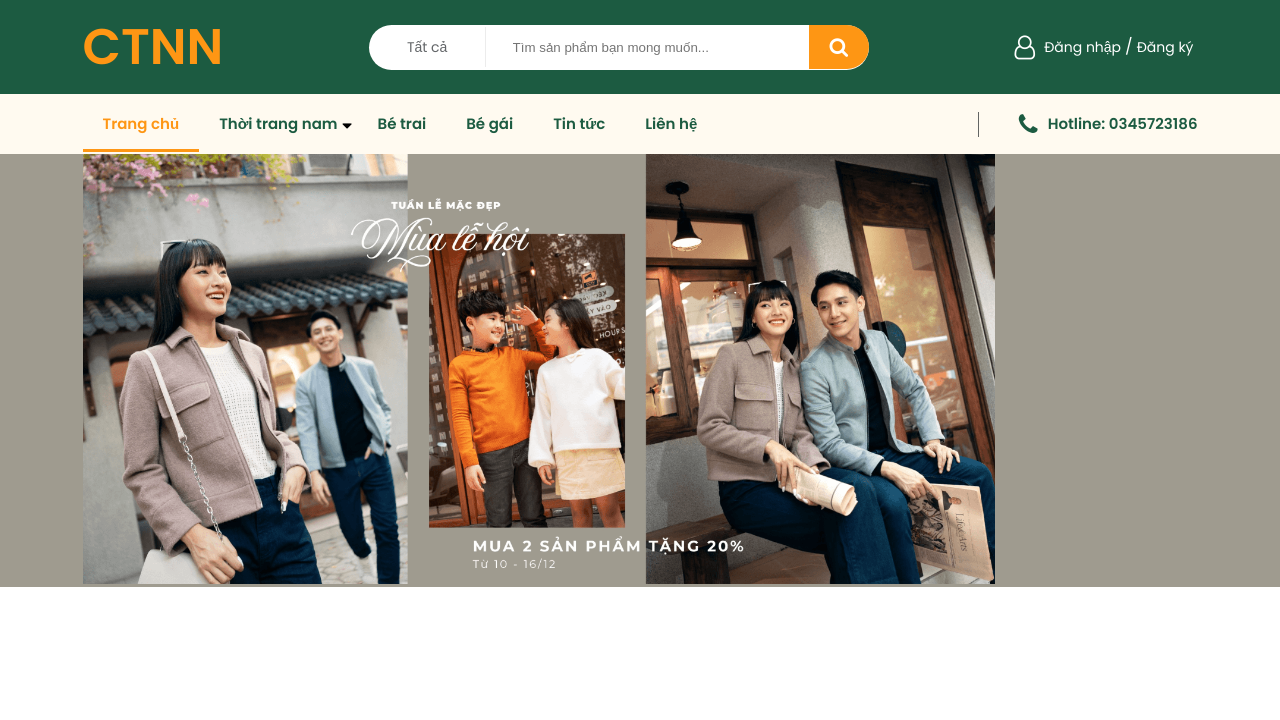
Repository: cuongchua2k2/BaiTapLon-web
Page: index.html
An editor plug-in stored every save of this project. The page is shown before and after the next save, followed by the edit.
The browser window is 1280 px wide. The pictures show the whole page.

Above is the page before, as saved 2023-12-06 17:34:42.

### index.html
<!DOCTYPE html>
<html lang="en">
  <head>
    <meta charset="UTF-8" />
    <meta name="viewport" content="width=device-width, initial-scale=1.0" />
    <!-- reset css -->
    <link rel="stylesheet" href="./assets/css/reset.css" />
    <!-- style css -->
    <link rel="stylesheet" href="./assets/css/style.css" />
    <!-- icon -->
    <link
      rel="stylesheet"
      href="https://cdnjs.cloudflare.com/ajax/libs/font-awesome/4.7.0/css/font-awesome.min.css"
    />
    <!-- font  -->
    <link rel="stylesheet" href="./assets/font/stylesheet.css" />
    <title>Bài tập lớn - shop bán quần áo</title>
  </head>
  <body>
    <!-- header -->
    <header>
      <div id="header">
        <div class="content">
          <!-- header-nav -->
          <div class="nav">
            <div class="nav__logo">
              <a href="/"><span class="logo__content">CTNN</span></a>
            </div>
            <!-- search -->
            <div class="nav__search">
              <p class="nav__desc">Tất cả</p>
              <input
                type="text"
                class="nav__txtsearch"
                placeholder="Tìm sản phẩm bạn mong muốn..."
              />
              <button class="nav__btn--search">
                <i class="fa fa-search" style="font-size: 20px"></i>
              </button>
            </div>
            <!-- login -->
            <div class="login">
              <i
                class="fa fa-user-o"
                style="font-size: 24px; color: #fff; margin-right: 5px"
              ></i>
              <a href="#!" class="btn btn-login">Đăng nhập</a>
              <span style="color: #fff">/</span>
              <a href="#!" class="btn btn-create">Đăng ký</a>
            </div>
          </div>
        </div>
      </div>
      <!-- navbar -->
      <div class="navbar">
        <div class="content navbar__content">
          <ul class="navbar__lv1">
            <li>
              <a href="/" class="active lv1__item">Trang chủ</a>
            </li>
            <li class="lv2">
              <a href="#!" class="lv1__item">Thời trang nam</a>
              <i class="fa fa-sort-desc arrow"></i>
              <ul class="navbar__lv2">
                <li>
                  <a href="#!" class="lv1__item">Sơ mi nam</a>
                </li>
                <li>
                  <a href="#!" class="lv1__item">Quần âu nam</a>
                </li>
                <li>
                  <a href="#!" class="lv1__item">Quần short nam</a>
                </li>
              </ul>
            </li>
            <li>
              <a href="#!" class="lv1__item">Bé trai</a>
            </li>
            <li>
              <a href="#!" class="lv1__item">Bé gái</a>
            </li>
            <li>
              <a href="#!" class="lv1__item">Tin tức</a>
            </li>
            <li>
              <a href="#!" class="lv1__item">Liên hệ</a>
            </li>
          </ul>
          <div class="horizontal"></div>
          <a href="tel:0345723186" class="hotline">
            <i class="fa fa-phone" style="font-size: 24px; color: #1c5b41"></i>
            <span class="hotline__desc">Hotline: 0345723186</span>
          </a>
        </div>
      </div>
    </header>
    <!-- main -->
    <main>
      <!-- banner -->
      <div class="banner">
        <div class="content">
          <div class="banner__list">
            <img
              src="./assets/img/banner.png"
              alt="banner"
              class="banner__image"
            />
          </div>
        </div>
      </div>
    </main>
    <!-- footer -->
    <footer></footer>
  </body>
</html>

### assets/css/style.css
:root {
  --primary-color: #fe9614;
}

* {
  box-sizing: border-box;
}

html {
  font-size: 62.5%;
}

body {
  font-family: "Poppins", sans-serif;
  font-size: 1.6rem;
}

/* =====================common ======================*/

a {
  text-decoration: none;
}

.content {
  width: 1115px;
  margin: 0px auto;
}

.btn {
  text-decoration: none;
  color: #fff;
  font-size: 1.4rem;
  font-weight: 400;
}

.btn:hover {
  opacity: 0.7;
  color: var(--primary-color);
}

/* =====================header========================= */

/* =========== header nav===============*/

#header {
  padding: 22px 0;
  background-color: #1c5b41;
}

.nav {
  display: flex;
  justify-content: space-between;
  align-items: center;
}

.logo__content {
  font-size: 5rem;
  font-weight: 600;
  color: var(--primary-color);
}

.nav__search {
  height: 45px;
  width: 500px;
  padding: 4px 0;
  display: flex;
  justify-content: space-between;
  align-items: center;
  background-color: #fff;
  border-radius: 999px;
}

.nav__desc {
  opacity: 0.7;
  padding: 13px 38px;
  font-size: 1.4rem;
  color: #212529;
  font-weight: 400;
  border-right: 1px solid #e5e5e5;
}

.nav__txtsearch {
  width: 300px;
  height: 40px;
  padding: 15px;
  border: none;
}

.nav__btn--search {
  cursor: pointer;
  height: 44px;
  width: 60px;
  border-radius: 0 40px 40px 0;
  color: #fff;
  background: var(--primary-color);
  border: var(--primary-color);
}

.nav__btn--search:hover {
  background-color: #fff;
  color: var(--primary-color);
}

.login {
  display: flex;
  align-items: center;
}

.btn-login,
.btn-create {
  padding: 8px 4px;
}

/* ===========navbar=============== */

.navbar {
  background-color: #fffaf0;
  height: 60px;
}

.navbar__content {
  display: flex;
  align-items: center;
  justify-content: space-between;
  line-height: 60px;
}

.horizontal {
  height: 25px;
  opacity: 0.7;
  width: 1px;
  background-color: #212529;
  margin-left: auto;
}

.navbar__lv1 {
  display: flex;
}

.lv1__item {
  padding: 15px 20px;
  font-weight: 600;
  font-size: 1.5rem;
  color: #1c5b41;
}

.lv1__item:hover {
  color: var(--primary-color);
}

.hotline {
  display: flex;
  align-items: center;
  margin-left: 40px;
}

.hotline__desc {
  margin-left: 10px;
  font-weight: 600;
  font-size: 1.5rem;
  color: #1c5b41;
}

.hotline__desc:hover {
  color: var(--primary-color);
}

.lv2 {
  position: relative;
}

.navbar__lv2 {
  display: none;
  position: absolute;
  background-color: #fff;
  min-width: 200px;
  transform: perspective(600px) rotateX(0deg);
  z-index: 1;
}

.navbar__lv2 > li:not(:first-child) {
  border-top: 1px solid #666;
}

.navbar__lv2 > li > .lv1__item {
  display: inline-block;
  padding: 0 30px;
}

.lv2:hover .navbar__lv2 {
  display: block;
}

.arrow {
  position: absolute;
  top: 20px;
  right: 6px;
}

.lv1__item.active {
  color: var(--primary-color);
  border-bottom: 3px solid var(--primary-color);
}

/* ======================================main================== */

/* ==================banner================ */

.banner {
  background-color: #9f9b8f;
}

.banner__image {
  /* width: 100%; */
  height: 430px;
  object-fit: cover;
}

### assets/font/stylesheet.css
@font-face {
    font-family: 'Poppins';
    src: url('Poppins-Black.woff2') format('woff2'),
        url('Poppins-Black.woff') format('woff');
    font-weight: 900;
    font-style: normal;
    font-display: swap;
}

@font-face {
    font-family: 'Poppins';
    src: url('Poppins-Bold.woff2') format('woff2'),
        url('Poppins-Bold.woff') format('woff');
    font-weight: bold;
    font-style: normal;
    font-display: swap;
}

@font-face {
    font-family: 'Poppins';
    src: url('Poppins-BlackItalic.woff2') format('woff2'),
        url('Poppins-BlackItalic.woff') format('woff');
    font-weight: 900;
    font-style: italic;
    font-display: swap;
}

@font-face {
    font-family: 'Poppins';
    src: url('Poppins-BoldItalic.woff2') format('woff2'),
        url('Poppins-BoldItalic.woff') format('woff');
    font-weight: bold;
    font-style: italic;
    font-display: swap;
}

@font-face {
    font-family: 'Poppins';
    src: url('Poppins-ExtraLightItalic.woff2') format('woff2'),
        url('Poppins-ExtraLightItalic.woff') format('woff');
    font-weight: 200;
    font-style: italic;
    font-display: swap;
}

@font-face {
    font-family: 'Poppins';
    src: url('Poppins-ExtraBoldItalic.woff2') format('woff2'),
        url('Poppins-ExtraBoldItalic.woff') format('woff');
    font-weight: bold;
    font-style: italic;
    font-display: swap;
}

@font-face {
    font-family: 'Poppins';
    src: url('Poppins-ExtraBold.woff2') format('woff2'),
        url('Poppins-ExtraBold.woff') format('woff');
    font-weight: bold;
    font-style: normal;
    font-display: swap;
}

@font-face {
    font-family: 'Poppins';
    src: url('Poppins-Italic.woff2') format('woff2'),
        url('Poppins-Italic.woff') format('woff');
    font-weight: normal;
    font-style: italic;
    font-display: swap;
}

@font-face {
    font-family: 'Poppins';
    src: url('Poppins-ExtraLight.woff2') format('woff2'),
        url('Poppins-ExtraLight.woff') format('woff');
    font-weight: 200;
    font-style: normal;
    font-display: swap;
}

@font-face {
    font-family: 'Poppins';
    src: url('Poppins-Regular.woff2') format('woff2'),
        url('Poppins-Regular.woff') format('woff');
    font-weight: normal;
    font-style: normal;
    font-display: swap;
}

@font-face {
    font-family: 'Poppins';
    src: url('Poppins-LightItalic.woff2') format('woff2'),
        url('Poppins-LightItalic.woff') format('woff');
    font-weight: 300;
    font-style: italic;
    font-display: swap;
}

@font-face {
    font-family: 'Poppins';
    src: url('Poppins-SemiBold.woff2') format('woff2'),
        url('Poppins-SemiBold.woff') format('woff');
    font-weight: 600;
    font-style: normal;
    font-display: swap;
}

@font-face {
    font-family: 'Poppins';
    src: url('Poppins-Light.woff2') format('woff2'),
        url('Poppins-Light.woff') format('woff');
    font-weight: 300;
    font-style: normal;
    font-display: swap;
}

@font-face {
    font-family: 'Poppins';
    src: url('Poppins-Medium.woff2') format('woff2'),
        url('Poppins-Medium.woff') format('woff');
    font-weight: 500;
    font-style: normal;
    font-display: swap;
}

@font-face {
    font-family: 'Poppins';
    src: url('Poppins-MediumItalic.woff2') format('woff2'),
        url('Poppins-MediumItalic.woff') format('woff');
    font-weight: 500;
    font-style: italic;
    font-display: swap;
}

@font-face {
    font-family: 'Poppins';
    src: url('Poppins-Thin.woff2') format('woff2'),
        url('Poppins-Thin.woff') format('woff');
    font-weight: 100;
    font-style: normal;
    font-display: swap;
}

@font-face {
    font-family: 'Poppins';
    src: url('Poppins-ThinItalic.woff2') format('woff2'),
        url('Poppins-ThinItalic.woff') format('woff');
    font-weight: 100;
    font-style: italic;
    font-display: swap;
}

@font-face {
    font-family: 'Poppins';
    src: url('Poppins-SemiBoldItalic.woff2') format('woff2'),
        url('Poppins-SemiBoldItalic.woff') format('woff');
    font-weight: 600;
    font-style: italic;
    font-display: swap;
}

Loaded but not shown: assets/css/reset.css (common file)

After the next save:
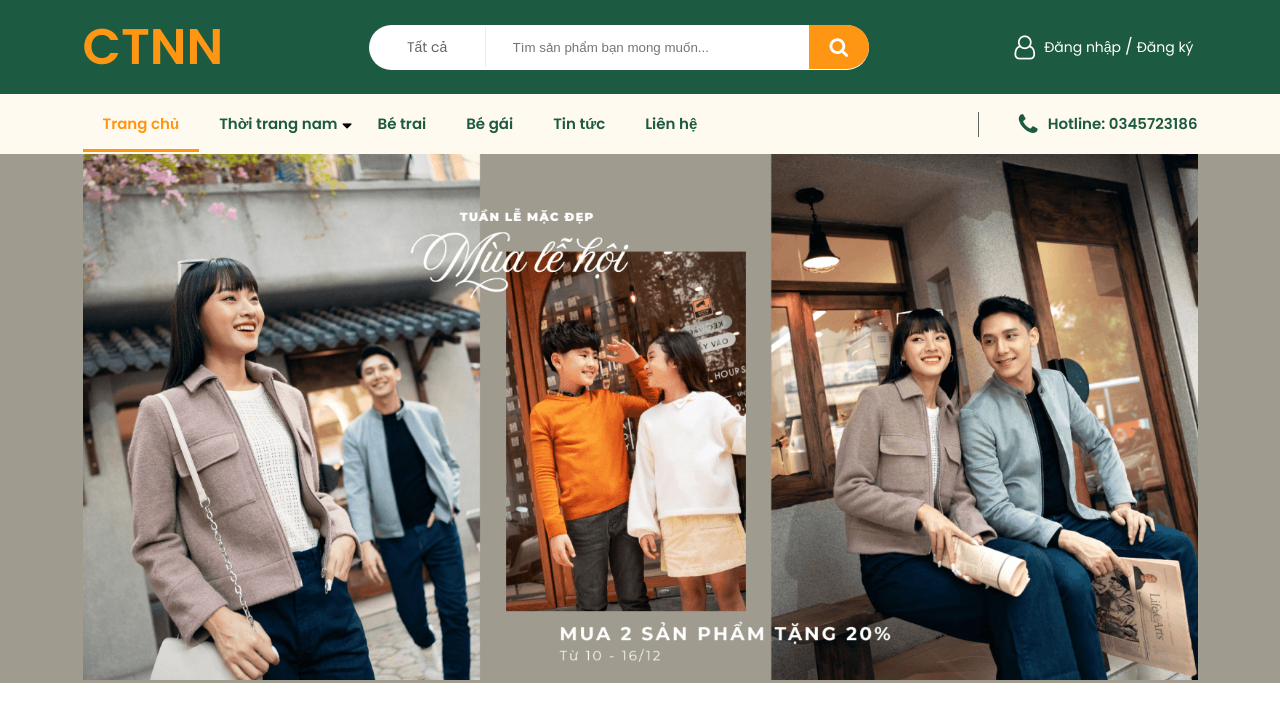
Saved 17 s later.
--- a/assets/css/style.css
+++ b/assets/css/style.css
@@ -211,7 +211,6 @@ a {
 }
 
 .banner__image {
-  /* width: 100%; */
-  height: 430px;
+  width: 100%;
   object-fit: cover;
 }
